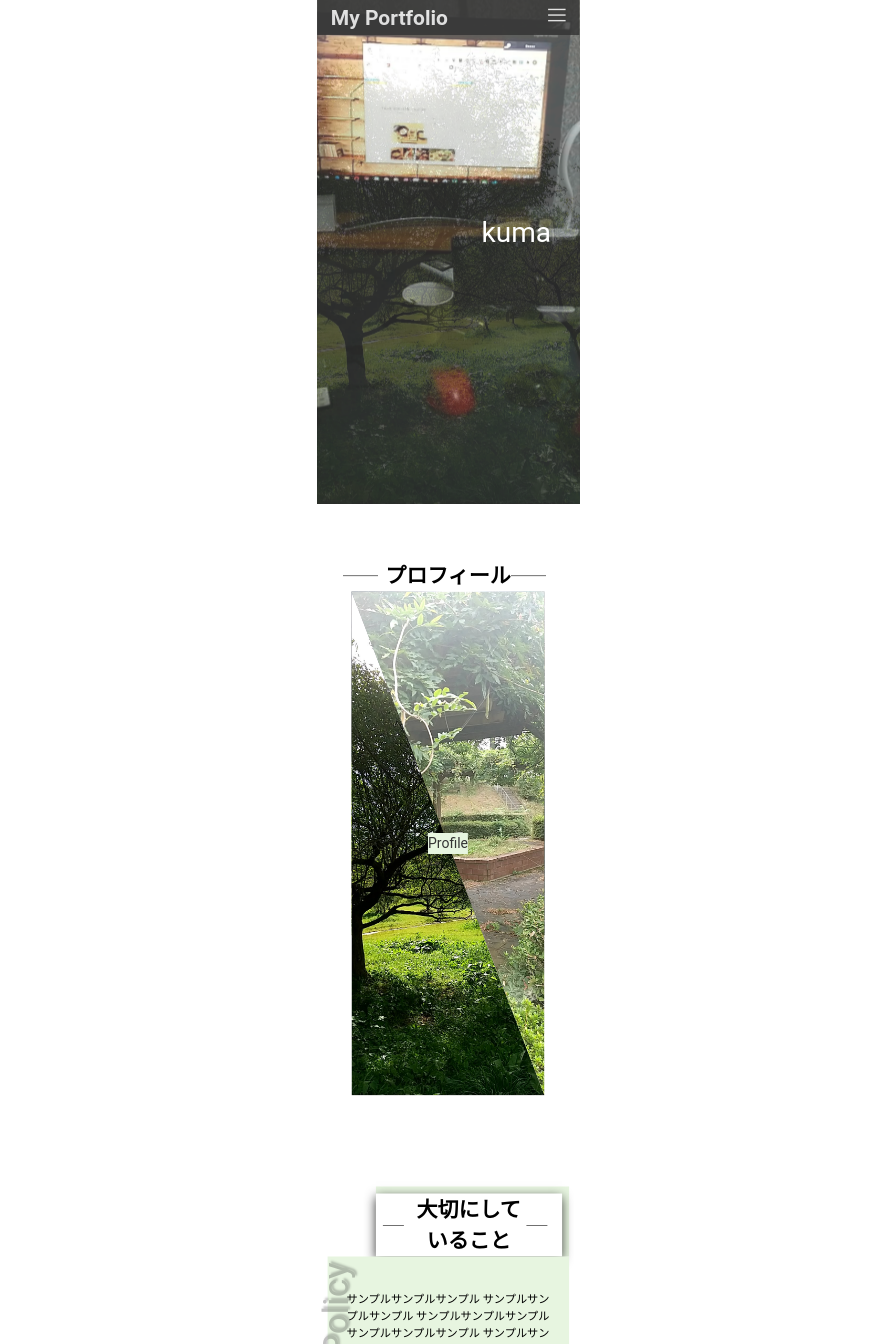
Repository: ppmp556/portfolio6
Page: index copy.html
An editor plug-in stored every save of this project. The page is shown before and after the next save, followed by the edit.
The browser window is 1280 px wide. The pictures show the part of the page from y = 0 to 1920 px (the page is 4078 px tall), at 70% of full size.
Some web libraries are served in a nearby version. The style sheet was rebuilt from its Sass, Less or Tailwind sources for each picture, by a compiler version that may differ from the author's.

Above is the page before, as saved 2020-10-22 16:40:44.

After the next save:
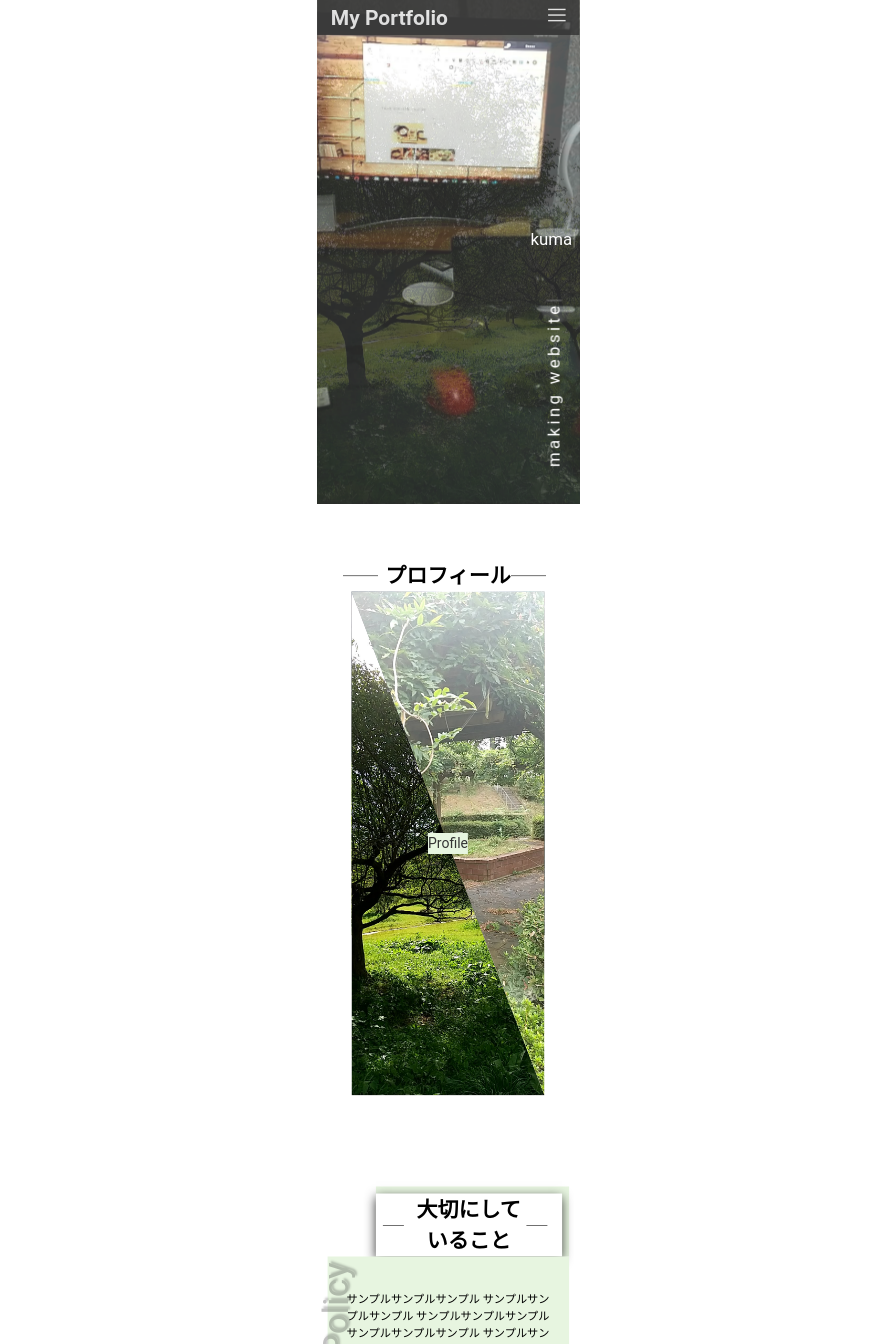
Saved 13 s later.
--- a/index copy.html
+++ b/index copy.html
@@ -28,9 +28,9 @@
 
 
           <!-- <div class="kv_wrapper line"> -->
-            <div class="kv_txtbox line">
-
-              <p class="kv_ttl">
+            <div class="kv_txtbox">
+
+              <p class="kv_ttl line">
                 kuma<span class="line_type">|</span>
                   <!-- ポートフォリオ<span class="line_type">|</span> -->
               </p><!-- /.kv_animetype -->
